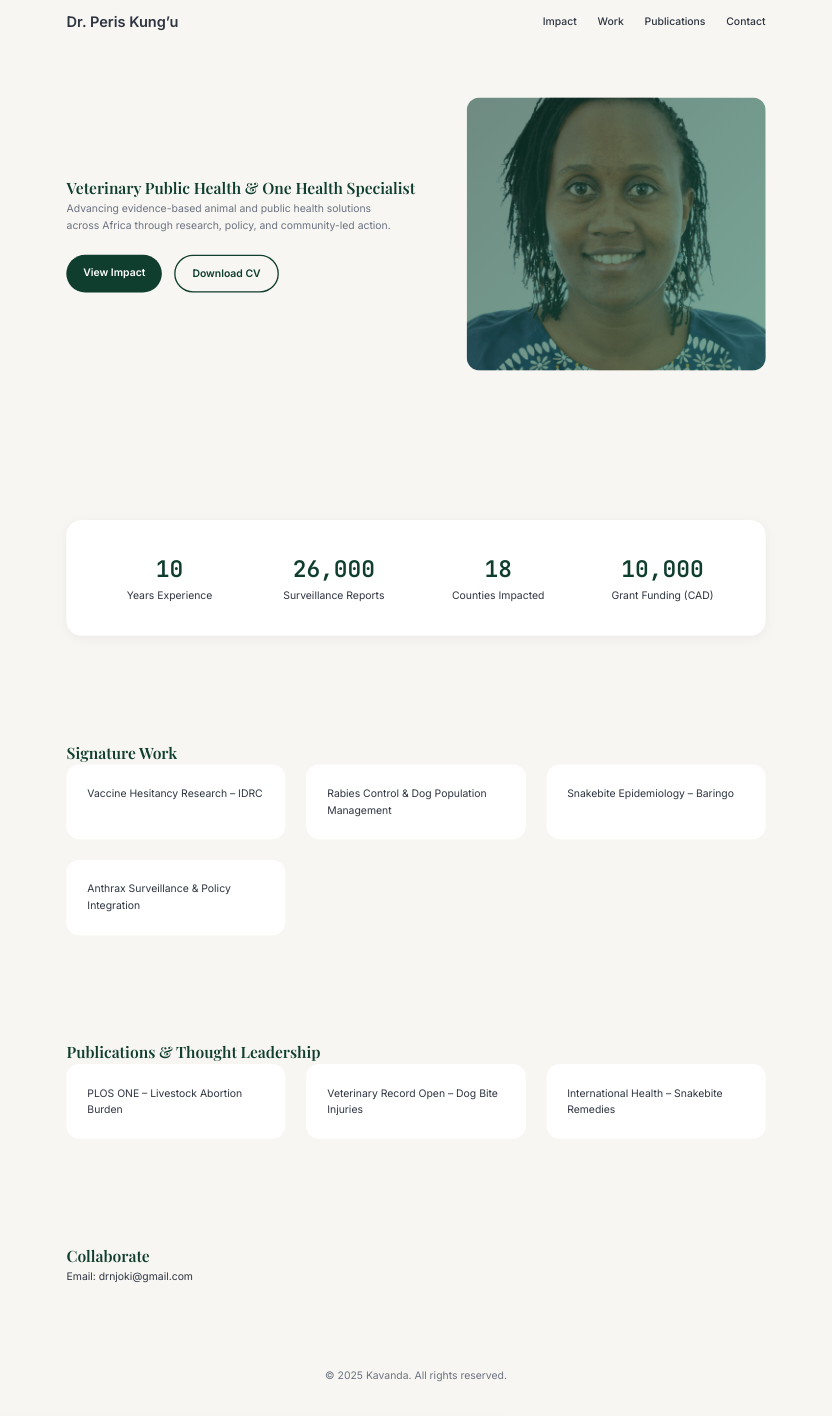
Repository: ladygit-comits/Peris_Portfolio
Page: index.html
An editor plug-in stored every save of this project. The page is shown before and after the next save, followed by the edit.
The browser window is 1280 px wide. The pictures show the whole page, at 65% of full size.

Above is the page before, as saved 2026-01-01 20:52:21.

After the next save:
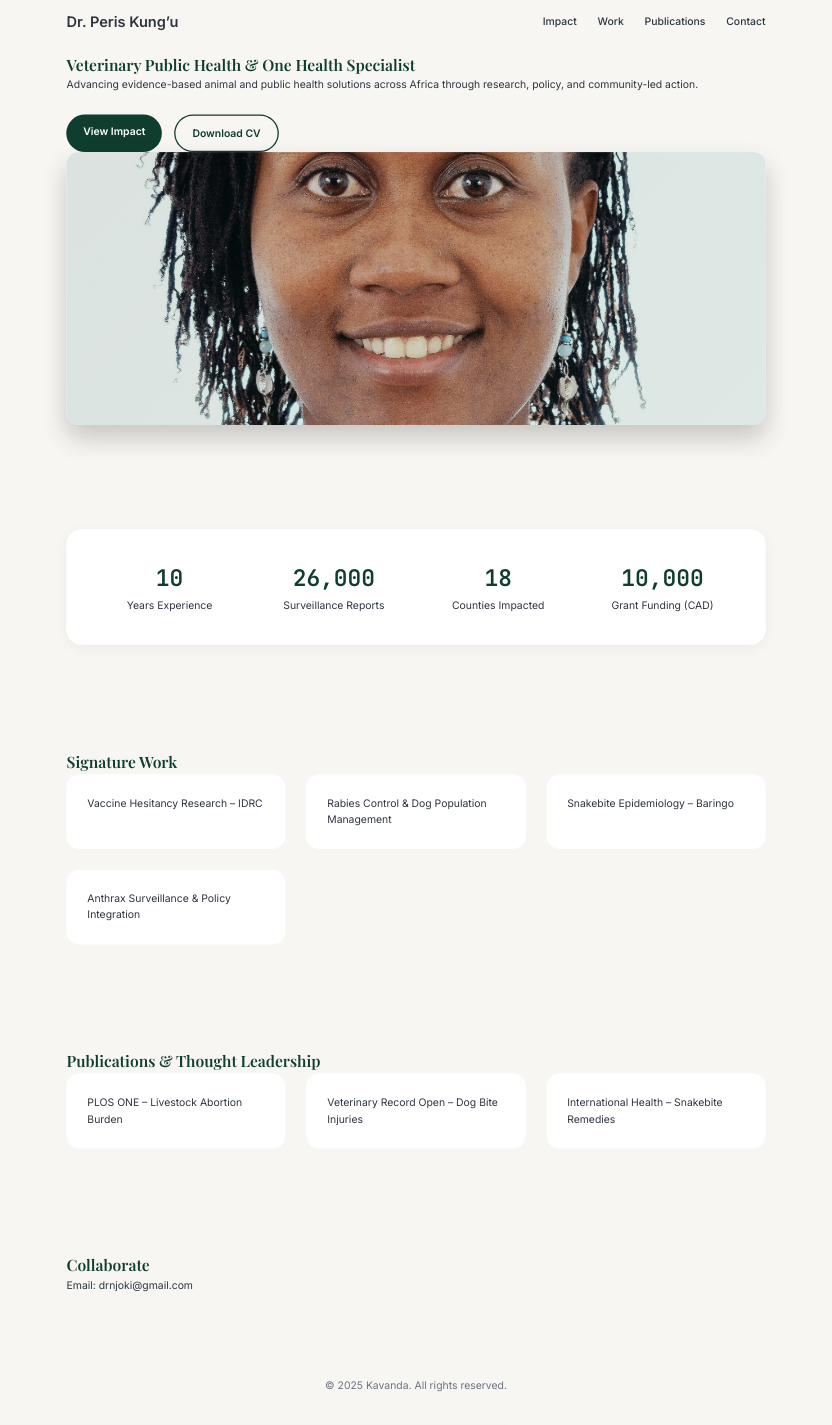
Saved 7 min 26 s later.
--- a/style.css
+++ b/style.css
@@ -92,32 +92,84 @@ nav a:hover::after {
 }
 
 /* HERO */
-.hero {
-  min-height: 100vh;
-  display: grid;
-  grid-template-columns: 1.2fr 1fr;
-  align-items: center;
-  gap: 4rem;
-}
-
-.hero-text p {
-  max-width: 520px;
-  color: var(--muted);
-}
-
 .hero-img {
   height: 420px;
   border-radius: 20px;
-  background:
-    linear-gradient(135deg, rgba(15,61,46,0.6), rgba(31,107,82,0.6)),
-    url('images/peris.jpeg') no-repeat center center;
+  position: relative;
+  overflow: hidden;
+
+  /* Base Image */
+  background: url('images/peris.jpeg') no-repeat center center;
+  background-size: cover; /* keeps clarity */
+  transition: transform 0.5s ease, box-shadow 0.5s ease;
+
+  /* Shadow & subtle 3D pop */
+  box-shadow: 0 20px 40px rgba(0,0,0,0.2);
+}
+
+/* Stylish overlay with gradient & subtle glow */
+.hero-img::after {
+  content: '';
+  position: absolute;
+  top: 0;
+  left: 0;
+  width: 100%;
+  height: 100%;
+
+
+  background: linear-gradient(135deg, rgba(15,61,46,0.15), rgba(31,107,82,0.15));
+  pointer-events: none;
+  transition: opacity 0.5s ease;
+}
+
+/* Hover effect for alive interaction */
+.hero-img:hover {
+  transform: scale(1.05) rotate(0.5deg);
+  box-shadow: 0 25px 50px rgba(0,0,0,0.25);
+}
+
+.hero-img:hover::after {
+  opacity: 0;
+}
+.hero-img {
+  height: 420px;
+  border-radius: 20px;
+  position: relative;
+  overflow: hidden;
+
+  /* Base Image */
+  background: url('images/peris.jpeg') no-repeat center center;
   background-size: cover;
-  transition: transform 0.5s ease;
+  transition: transform 0.5s ease, box-shadow 0.5s ease;
+
+  /* Shadow & subtle 3D pop */
+  box-shadow: 0 20px 40px rgba(0,0,0,0.2);
+}
+
+/* Stylish overlay with gradient & subtle glow */
+.hero-img::after {
+  content: '';
+  position: absolute;
+  top: 0;
+  left: 0;
+  width: 100%;
+  height: 100%;
+
+
+  background: linear-gradient(135deg, rgba(15,61,46,0.15), rgba(31,107,82,0.15));
+  pointer-events: none;
+  transition: opacity 0.5s ease;
 }
 
 .hero-img:hover {
-  transform: scale(1.05);
-}
+  transform: scale(1.05) rotate(0.5deg);
+  box-shadow: 0 25px 50px rgba(0,0,0,0.25);
+}
+
+.hero-img:hover::after {
+  opacity: 0;
+}
+
 
 /* BUTTONS */
 .cta {
